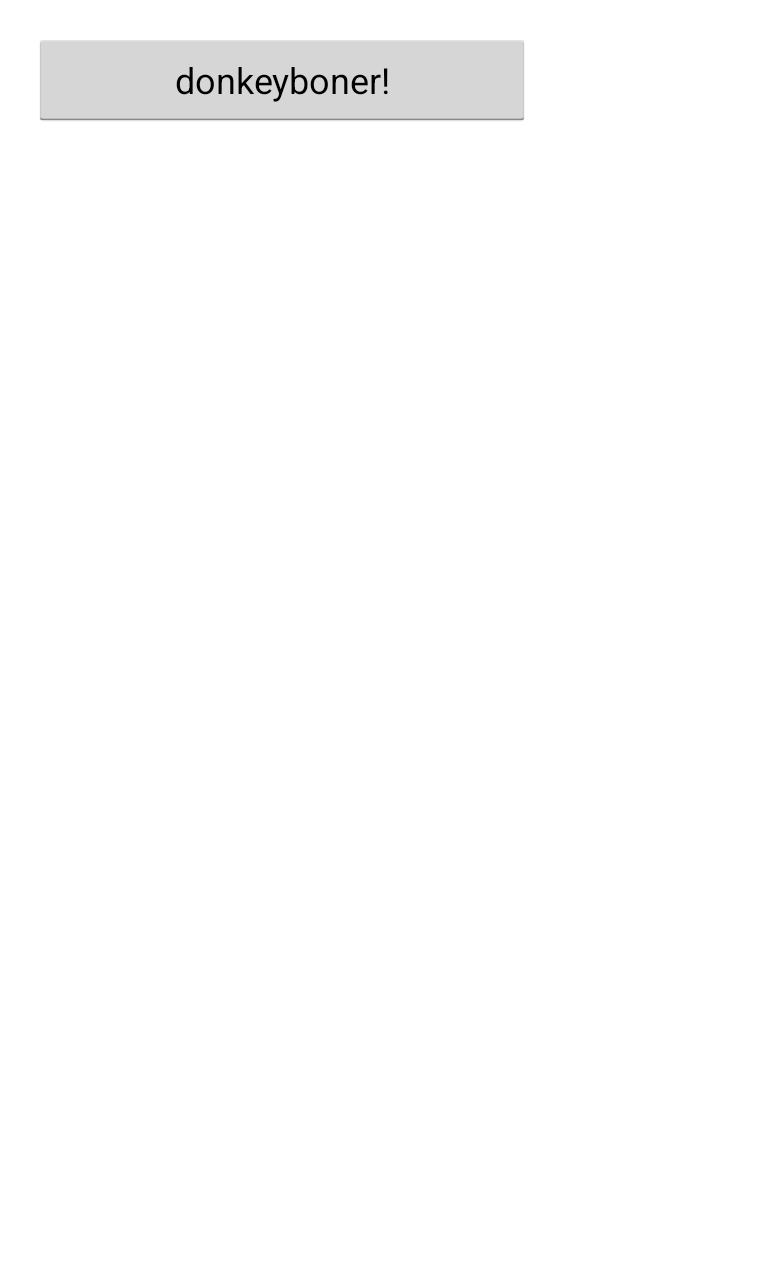
Repository: me222rs/AndroidLab1
Layout: Lab1/res/layout/activity_main.xml
The author's editor kept a copy of each file at every save. The layout is drawn from the files as they stood at one save, then again after the next save.
It is drawn on a 768 x 1280 px phone screen (xhdpi) without system bars, with theme AppTheme; the app's code is not run.

Above is the layout before, as saved 2014-11-13 15:09:17.

After the next save:
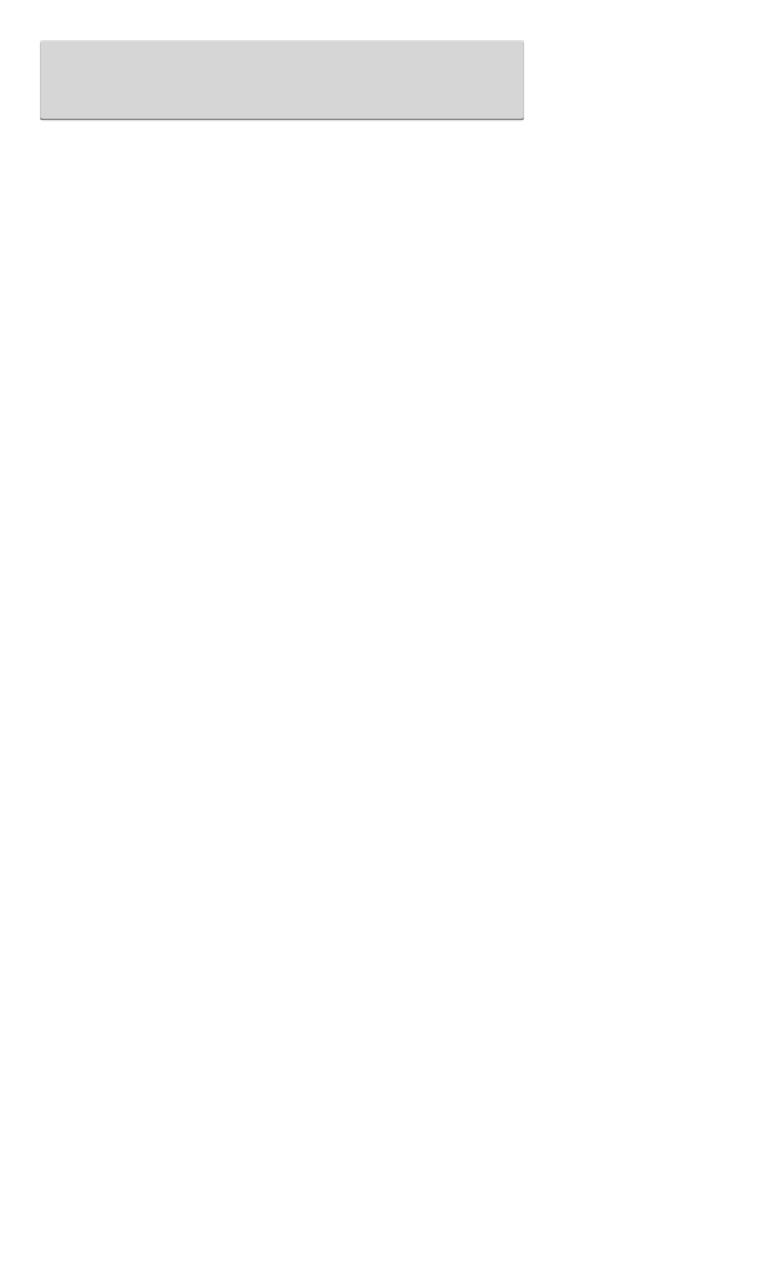
Saved 4 min 10 s later.
--- a/Lab1/res/layout/activity_main.xml
+++ b/Lab1/res/layout/activity_main.xml
@@ -20,7 +20,7 @@
     <Button
     	android:layout_height="wrap_content"
      	android:layout_width="250dp"
-    	android:text="donkeyboner!"
+    	android:text=""
     />
 
     <ImageView
